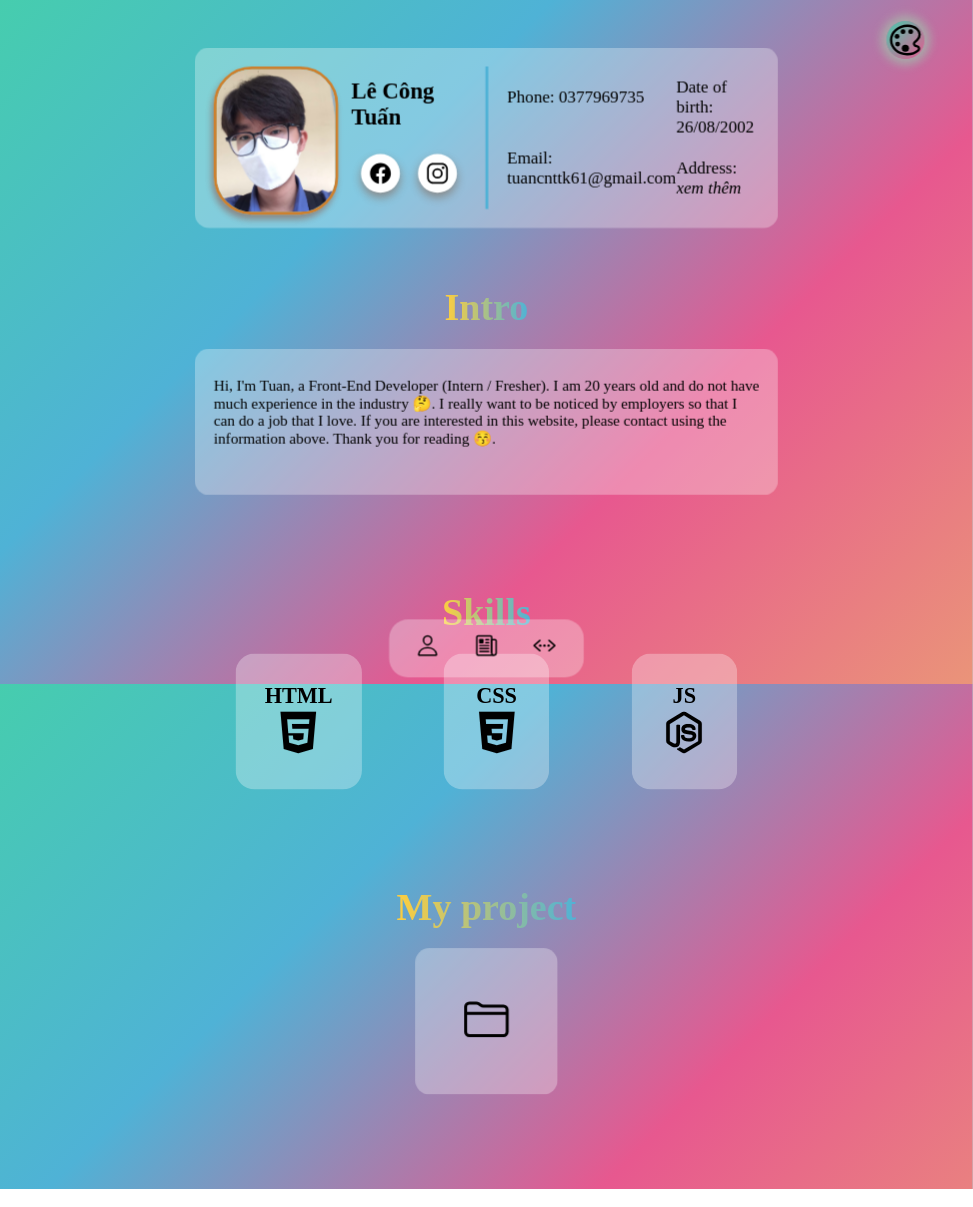
Repository: LeCongTuan2608/Profile
Page: index.html
The author's editor kept a copy of each file at every save. The page is drawn from the files as they stood at one save, then again after the next save.
The browser window is 1024 px wide. The pictures show the whole page, at 95% of full size.
Backgrounds fixed to the window are drawn as part of the page. The style sheet was rebuilt from its Sass, Less or Tailwind sources for each picture, by a compiler version that may differ from the author's.

Above is the page before, as saved 2022-05-05 12:17:42.

### index.html
<!DOCTYPE html>
<html lang="en">
   <head>
      <meta charset="UTF-8" />
      <meta http-equiv="X-UA-Compatible" content="IE=edge" />
      <meta name="viewport" content="width=device-width, initial-scale=1.0" />

      <script type="module" src="https://unpkg.com/ionicons@5.5.2/dist/ionicons/ionicons.esm.js"></script>
      <script nomodule src="https://unpkg.com/ionicons@5.5.2/dist/ionicons/ionicons.js"></script>

      <link rel="preconnect" href="https://fonts.googleapis.com" />
      <link rel="preconnect" href="https://fonts.gstatic.com" crossorigin />
      <link href="https://fonts.googleapis.com/css2?family=Pacifico&display=swap" rel="stylesheet" />

      <link href="https://unpkg.com/aos@2.3.1/dist/aos.css" rel="stylesheet" />
      <script src="https://unpkg.com/aos@2.3.1/dist/aos.js"></script>

      <link rel="stylesheet" href="./sass/css/style.css" />
      <title>Profile</title>
   </head>
   <body>
      <div class="container">
         <div class="palette">
            <ion-icon name="color-palette-outline"></ion-icon>
            <div class="list-color">
               <ul>
                  <li class="bgr-color"></li>
                  <li class="bgr-color"></li>
                  <li class="bgr-color"></li>
               </ul>
            </div>
         </div>

         <div class="contents">
            <div data-aos="flip-left" data-aos-duration="1500">
               <div class="card-info">
                  <div class="personal-information">
                     <div class="image">
                        <div class="user-image">
                           <img src="./images/1.JPG" alt="" />
                        </div>
                        <div class="user-intro">
                           <h2>Lê Công Tuấn</h2>
                           <div class="user-intro-navigation">
                              <div class="navigation-fb">
                                 <a href="https://www.facebook.com/profile.php?id=100026041985048"
                                    ><ion-icon name="logo-facebook"></ion-icon
                                 ></a>
                                 <span>facebook</span>
                              </div>
                              <div class="navigation-ins">
                                 <a href="https://www.instagram.com/tuanle2608/"
                                    ><ion-icon name="logo-instagram"></ion-icon
                                 ></a>
                                 <span>instagram</span>
                              </div>
                           </div>
                        </div>
                     </div>
                     <div class="contact">
                        <div class="contact-info">
                           <span>Phone: 0377969735</span>
                           <span>Email: tuancnttk61@gmail.com</span>
                        </div>
                        <div class="contact-info">
                           <span>Date of birth: 26/08/2002</span>
                           <span>Address: <i id="see">xem thêm</i></span>
                        </div>
                     </div>
                  </div>
               </div>
            </div>
            <div class="card-intro">
               <div class="intro-yourself">
                  <div class="title">
                     <div data-aos="fade-up" data-aos-duration="1000">
                        <h1>Intro</h1>
                     </div>
                  </div>
                  <div data-aos="flip-down" data-aos-duration="1000">
                     <div class="intro-content">
                        <p>
                           Hi, I'm Tuan, a Front-End Developer (Intern / Fresher). I am 20 years old and do not have
                           much experience in the industry 🤔. I really want to be noticed by employers so that I can do
                           a job that I love. If you are interested in this website, please contact using the
                           information above. Thank you for reading 😚.
                        </p>
                     </div>
                  </div>
               </div>

               <div class="my-skills">
                  <div class="title">
                     <div data-aos="fade-down" data-aos-easing="linear" data-aos-duration="300">
                        <h1>Skills</h1>
                     </div>
                  </div>
                  <div class="skills-content">
                     <div class="list-skills">
                        <div data-aos="fade-right">
                           <h3>HTML</h3>
                           <ion-icon name="logo-html5"></ion-icon>
                        </div>

                        <div data-aos="fade-down">
                           <h3>CSS</h3>
                           <ion-icon name="logo-css3"></ion-icon>
                        </div>

                        <div data-aos="fade-left">
                           <h3>JS</h3>
                           <ion-icon name="logo-nodejs"></ion-icon>
                        </div>
                     </div>
                  </div>
               </div>

               <div class="my-project">
                  <div class="title">
                     <div data-aos="fade-up" data-aos-anchor-placement="bottom-bottom">
                        <h1>My project</h1>
                     </div>
                  </div>
                  <div class="project-box">
                     <div data-aos="zoom-in">
                        <div class="box">
                           <ion-icon name="folder-outline"></ion-icon>
                        </div>
                     </div>
                  </div>
               </div>
            </div>
         </div>

         <div class="box-container">
            <div class="list-project">
               <div class="close">
                  <ion-icon name="close-circle-outline"></ion-icon>
               </div>

               <ul>
                  <li>
                     <a href="https://lecongtuan2608.github.io/Youtube/">https://lecongtuan2608.github.io/Youtube/</a>
                  </li>
                  <li><a href="https://lecongtuan2608.github.io/music/">https://lecongtuan2608.github.io/music/</a></li>
               </ul>
            </div>
         </div>
         <div class="toolbar">
            <div class="tollbar-list">
               <ul>
                  <li><ion-icon name="person-outline"></ion-icon></li>
                  <li><ion-icon name="newspaper-outline"></ion-icon></li>
                  <li><ion-icon name="code-working-outline"></ion-icon></li>
               </ul>
            </div>
         </div>
      </div>
   </body>
   <script>
      AOS.init();
   </script>
   <script src="./js/app.js"></script>
</html>

### js/app.js
const open_project = document.querySelector('.box');
const box_container = document.querySelector('.box-container');
const close_box = document.querySelector('.close');
const list_project = document.querySelector('.list-project');
open_project.addEventListener('click', function () {
   box_container.classList.add('open');
});
close_box.addEventListener('click', function () {
   box_container.classList.remove('open');
});
box_container.addEventListener('click', function () {
   box_container.classList.remove('open');
});
list_project.addEventListener('click', function (event) {
   event.stopPropagation();
});

const palette = document.querySelector('.palette');
var bgr_colors = document.querySelectorAll('.bgr-color');
const container = document.querySelector('.container');
const text_colors = document.querySelectorAll('.title h1');
function bgr_change() {
   for (let i = 0; i < bgr_colors.length; i++) {
      bgr_colors[i].addEventListener('click', function () {
         bgr_colors = i;
         if (bgr_colors == 0) {
            for (let text_color of text_colors) {
               text_color.classList.remove('text-color-2');
               text_color.classList.remove('text-color-3');
               text_color.classList.add('text-color-1');
            }
            container.classList.remove('bgr-color-2');
            container.classList.remove('bgr-color-3');
            container.classList.add('bgr-color-1');
         } else if (bgr_colors == 1) {
            for (let text_color of text_colors) {
               text_color.classList.remove('text-color-1');
               text_color.classList.remove('text-color-3');
               text_color.classList.add('text-color-2');
            }
            container.classList.remove('bgr-color-1');
            container.classList.remove('bgr-color-3');
            container.classList.add('bgr-color-2');
         } else if (bgr_colors == 2) {
            for (let text_color of text_colors) {
               text_color.classList.remove('text-color-1');
               text_color.classList.remove('text-color-2');
               text_color.classList.add('text-color-3');
            }
            container.classList.remove('bgr-color-1');
            container.classList.remove('bgr-color-2');
            container.classList.add('bgr-color-3');
         }
      });
   }
}
bgr_change();

### sass/style.scss
*{
    margin: 0;
    padding: 0;
}
html{
    width: 100%;
    height: 100%;
    padding: 0;
    margin: 0;
    font-family: 'Fredoka One', cursive;

}
body{
    width: 100%;
    height: auto;

}
.container{
    padding-top: 50px;
    width: 100%;
    height: auto;
    position: relative;
    background-image: linear-gradient(-45deg, #ea9479, #e7588f, #4fb2d6, #46cdae);
    background-attachment: fixed;
}
.bgr-color-1{
    background-image: linear-gradient(90deg, #74EBD5 0%, #9FACE6 100%);
    background-attachment: fixed;
}
.bgr-color-2{
    background-image: linear-gradient(to right, #eea2a2 0%, #bbc1bf 19%, #57c6e1 42%, #b49fda 79%, #7ac5d8 100%);
    background-attachment: fixed;
}
.bgr-color-3{
    background-image: linear-gradient(to top, #88d3ce 0%, #6e45e2 100%);
    background-attachment: fixed;
}
.palette{
    position: fixed;
    top: 3%;
    right: 5%;
    font-size: 40px;
}
.list-color ul{
    position: absolute;
}
.palette:hover ul li{
    display: block;
}
// chọn màu bgr
.list-color ul li:first-child{
    margin-bottom: 10px;
    background-image: linear-gradient(90deg, #74EBD5 0%, #9FACE6 100%);
}
.list-color ul li:nth-of-type(2){
    margin-bottom: 10px;
    background-image: linear-gradient(to right, #eea2a2 0%, #bbc1bf 19%, #57c6e1 42%, #b49fda 79%, #7ac5d8 100%);
}
.list-color ul li:last-child{
    background-image: linear-gradient(to top, #88d3ce 0%, #6e45e2 100%);

}

.list-color ul li{
    list-style-type: none;
    display: none;
    width: 40px;
    height: 40px;
    border-radius: 100rem;
    box-shadow: #3d3d3d -1px 2px 5px 2px;

}
.toolbar{
    width:  20%;
    border-radius: 20px;
    position: fixed;
    font-size: 25px;
    left: 50%;
    transform: translateX(-50%);
    bottom: 1%;
    background-color: rgba($color: white, $alpha: 0.3);
}
.tollbar-list{
    padding: 10px;
}
.toolbar ul{
    display: flex;
    justify-content: space-around;
}
.toolbar ul li {
    list-style-type: none;
    display: inline;
    border-radius: 100rem;
    cursor: pointer;
}
.toolbar ul li ion-icon{
    padding: 5px;
}
.toolbar ul li:hover {
background-color: #a5e296;
}
.palette ion-icon{
    background-image: linear-gradient(-45deg, #e7588f,#46cdae);
    border-radius: 100rem;
    box-shadow: #a9a9a9 0px 0px 10px 6px;
    cursor: pointer;
}
.contents{
    width: 100%;
    display: flex;
    flex-wrap: wrap;
    align-content: center;
    flex-direction: column;
}
.contents > div{
    width: 60%;
}
.card-info{
    background-color: rgba($color: white, $alpha: 0.3);
    border-radius: 15px;
}
.personal-information{
    padding: 20px;
    display: flex;

}
.image{
    display: flex;
    flex: 1;
    border-right: 3px solid;
    border-color:#4fb2d6;
    padding-right: 20px;
}
.user-image{
    width: 150px;
    height: 150px;
    // border: 3px solid;
    // border-image-source: linear-gradient(to top, #f64f59, #9634c8);
    // border-image-slice :1;
}
.user-image img{
    width: 100%;
    height: 100%;
    object-fit: cover;
    border-radius: 40px;
    border: solid;
    border-color: #cd802e;
    box-shadow: rgb(137, 137, 137) -2px 5px 7px 0px;


}
.user-intro{
    display: flex;
    margin-left: 20px;
    flex-direction: column;
    justify-content: space-around;
}
.user-intro-navigation{
    display: flex;
    justify-content: space-around;
}
.user-intro-navigation a{
    color: black;
    text-decoration: none;
}
.user-intro-navigation a > ion-icon{
    font-size: 25px;
    border-radius: 100rem;
    padding: 8px;
    background-color: white;
    box-shadow: rgb(137, 137, 137) 0px 5px 10px 0px;
}
.navigation-fb{
    position: relative;
}
.navigation-fb span{
    display: none;
}
.navigation-fb a > ion-icon:hover{
    background-color: rgb(153, 159, 248);
}
.navigation-fb:hover span{
    position: absolute;
    display: block;
    background-color: rgb(153, 159, 248);
    border-radius: 40px;
    padding: 5px;
    font-size: 18px;
    top: -95%;
    left: -50%;
    font-weight: 700;
    animation: intro ease 0.5s;
    z-index: 2;
}
.navigation-fb:hover::after{
    position: absolute;
    content: "";
    width: 13px;
    height: 13px;
    background-color: rgb(153, 159, 248);
    clip-path: polygon(50% 100%, 0 0, 100% 0);
    top: -25%;
    left: 30%;
    animation: intro ease 0.5s;
    z-index: 1;
}


.navigation-ins{
    position: relative;
}
.navigation-ins span{
    display: none;
}
.navigation-ins a > ion-icon:hover{
    background-color: rgb(64, 173, 177);
}
.navigation-ins:hover span{
    position: absolute;
    display: block;
    background-color: rgb(64, 173, 177);
    border-radius: 40px;
    padding: 5px;
    font-size: 18px;
    top: -95%;
    left: -50%;
    font-weight: 700;
    animation: intro ease 0.5s;
    z-index: 2;
}
.navigation-ins:hover::after{
    position: absolute;
    content: "";
    width: 13px;
    height: 13px;
    background-color: rgb(64, 173, 177);
    clip-path: polygon(50% 100%, 0 0, 100% 0);
    top: -25%;
    left: 30%;
    animation: intro ease 0.5s;
    z-index: 1;
}
.contact{
    flex: 1;
    display: flex;
    padding-left: 20px;
}
.contact-info{
    flex: 1;
    display: flex;
    flex-direction: column;
    justify-content: space-around;
}
.contact-info span{
    font-size: 18px;
    overflow: hidden;
}

.card-intro{
    margin-top: 30px;
    width: 60%;

}
.intro-yourself{
    margin: 30px 0 100px 0;
}
.title{
    text-align: center;
    margin-bottom: 20px;
    font-size: 20px;
}
.title h1{
    display: inline-block;
    background-image: linear-gradient( to right,#ffce3d, #4fb2d6);
    color: transparent;
    -webkit-background-clip: text;
    background-clip: text;
}
// đổi màu text
.text-color-1{
    background-image: linear-gradient(-225deg, #AC32E4 0%, #7918F2 48%, #4801FF 100%) !important;
}
.text-color-2{
    background-image: linear-gradient(-225deg, #A445B2 0%, #D41872 52%, #FF0066 100%) !important;
}
.text-color-3{
    background-image: linear-gradient(to top, #50cc7f 0%, #f5d100 100%) !important;
}

//===============
.intro-content{
    padding: 30px 20px 50px 20px;
    background-color: rgba($color: white, $alpha: 0.3);
    border-radius: 15px;
}

.my-skills {
    margin: 30px 0 100px 0;
}
.skills-content .list-skills{
    display: flex;
    justify-content: space-around;
}
.skills-content .list-skills div{
    padding: 5%;
    border-radius: 20px;
    background-color: rgba(255, 255, 255, 0.3);
    list-style-type: none;
    display: inline;
    text-align: center;
    font-size: 20px;
}

.skills-content .list-skills div ion-icon{
    font-size: 50px;
}
.my-project{
    margin: 30px 0 100px 0;

}
.project-box{
    display: flex;
    justify-content: center;
}
.box{
    background-color: rgba($color: white, $alpha: 0.3);
    border-radius: 15px;
    text-align: center;
    cursor: pointer;
}
.box:hover{
    transition-duration: 0.5s;
    transform: scale(1.1, 1.1);
    box-shadow: rgba(130, 130, 130, 0.773) 0px 1px 5px 2px;
}
.box > ion-icon{
    font-size: 50px;
    padding: 50px;
}
.box-container{
    position: fixed;
    top:0;
    left: 0;
    right: 0;
    bottom: 0;
    background-color: rgba( rgb(186, 186, 186), 0.5);
    display: none;
}
.open{
    display: block;
}
.list-project{
    position: absolute;
    left: 30%;
    right: 30%;
    top: 50%;
    transform: translateY(-50%);
    border-radius: 15px;
    background-color: white;
    box-shadow: rgb(137, 137, 137) 0px 5px 10px 0px;
    text-align: center;
    animation: intro ease 1s;

}
.close{
    position: absolute;
    width: 30px;
    height: 30px;
    right: 2%;
    top: 2%;
    font-size: 25px;
    cursor: pointer;
}
.list-project ion-icon:hover{
    color: red;
    border-radius: 100rem;

}
.list-project ul{
    padding: 50px 10px 30px 10px;
}
.list-project ul li{
    list-style-type: none;
}
.list-project ul li a{
    text-decoration: none;
    color: black;
}
.list-project ul li a:hover{
    color: rgb(53, 138, 213);
}
@keyframes intro{
    from {
        transform: translateY((100%));
    }
    to{
        transform: translateY((-50%));
    }
}
@media screen and (max-width:1060px) {
    .contents {
        margin: 0 10px 0 0;
    }
}

After the next save:
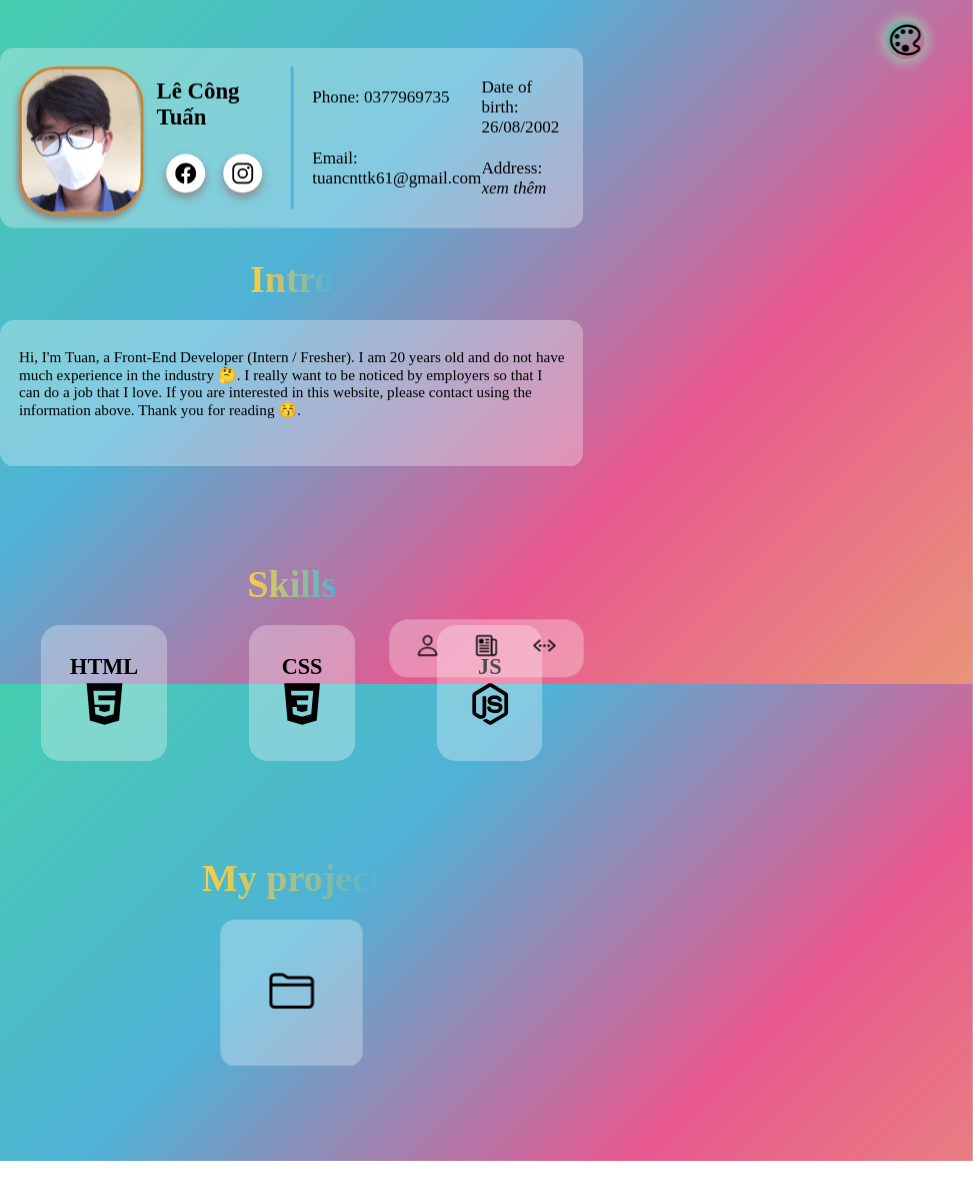
Saved 26 s later.
--- a/sass/style.scss
+++ b/sass/style.scss
@@ -400,5 +400,6 @@ background-color: #a5e296;
 @media screen and (max-width:1060px) {
     .contents {
         margin: 0 10px 0 0;
+        display: block;
     }
 }
